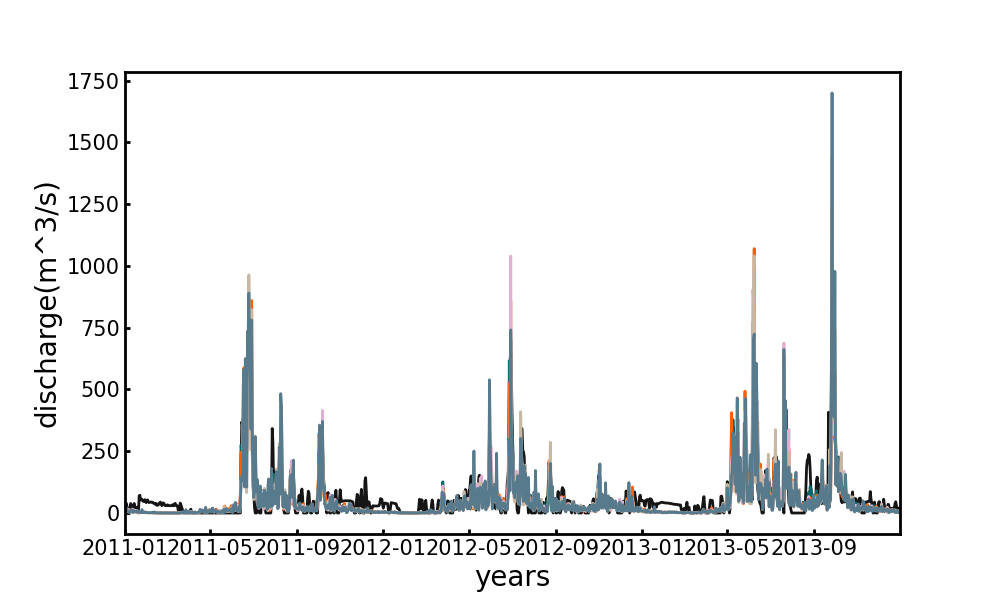
Repository: smasky/swatUtil
Script's output: python draw_jz.py
The author's editor kept a copy of each file at every save. The script's output is drawn from the files as they stood at one save, then again after the next save.
Random numbers start from a fixed seed.

Above is the script's output before, as saved 2024-05-19 15:40:13.

After the next save:
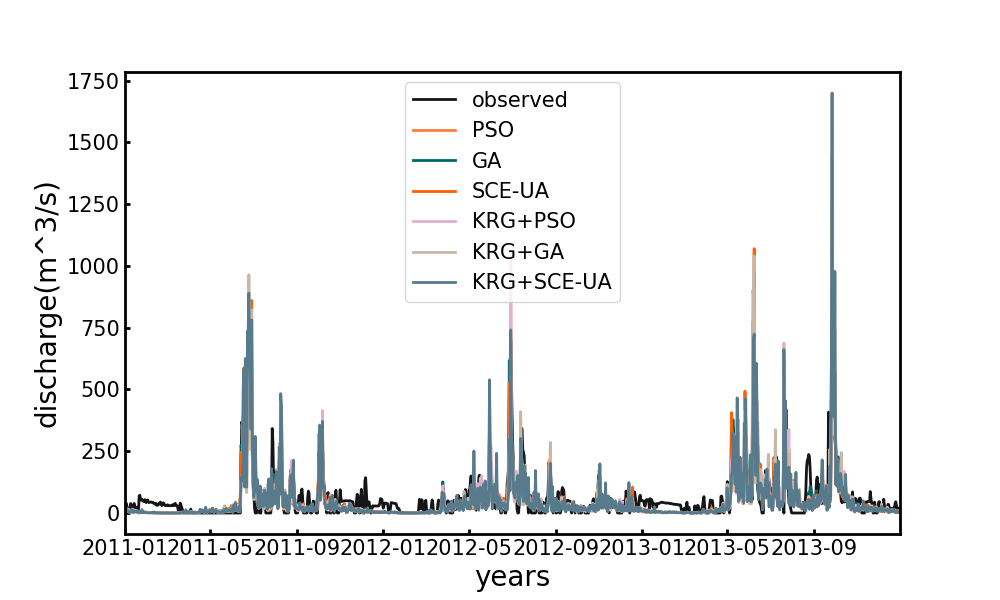
Saved 11 s later.
--- a/draw_jz.py
+++ b/draw_jz.py
@@ -38,5 +38,5 @@ ax.tick_params(axis='both', which='major', direction='in', width=2, labelsize=15
 start = datetime.strptime('2011-1-1', '%Y-%m-%d')
 end = datetime.strptime('2013-12-31', '%Y-%m-%d')
 plt.xlim(start, end)
-
+plt.legend(fontsize=15)
 plt.show()
